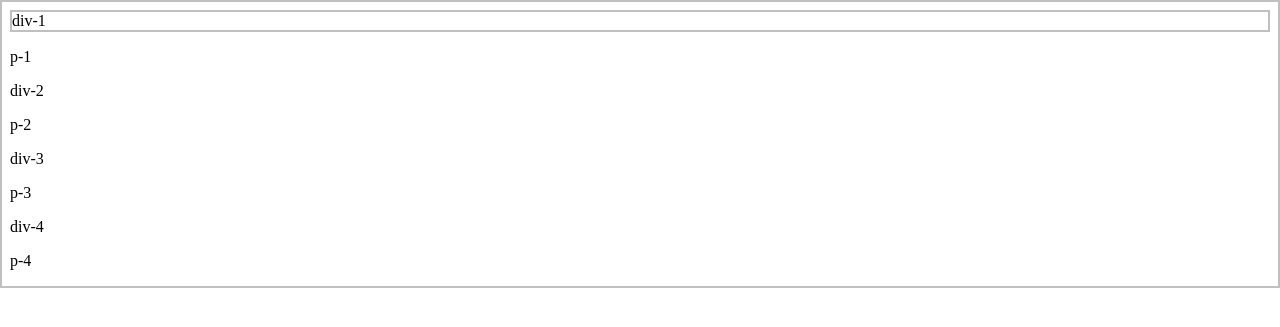
Repository: harin1212/PDA-frontend
Page: day3/selector_test.html
The author's editor kept a copy of each file at every save. The page is drawn from the files as they stood at one save, then again after the next save.
The browser window is 1280 px wide. The pictures show the whole page.

Above is the page before, as saved 2023-07-31 10:47:09.

### day3/selector_test.html
<!DOCTYPE html>
<html lang="en">
<head>
    <meta charset="UTF-8">
    <meta name="viewport" content="width=device-width, initial-scale=1.0">
    <title>Selector Test</title>
    <style>
        :first-child{
            border: 2px solid silver;
        }

    </style>
</head>
<!-- body : 형제 -->
<body>
    <!-- div, p : 자식 -->
    <div>div-1</div>
    <p>p-1</p>
    <div>div-2</div>
    <p>p-2</p>
    <div>div-3</div>
    <p>p-3</p>
    <div>div-4</div>
    <p>p-4</p>
</body>
</html>

After the next save:
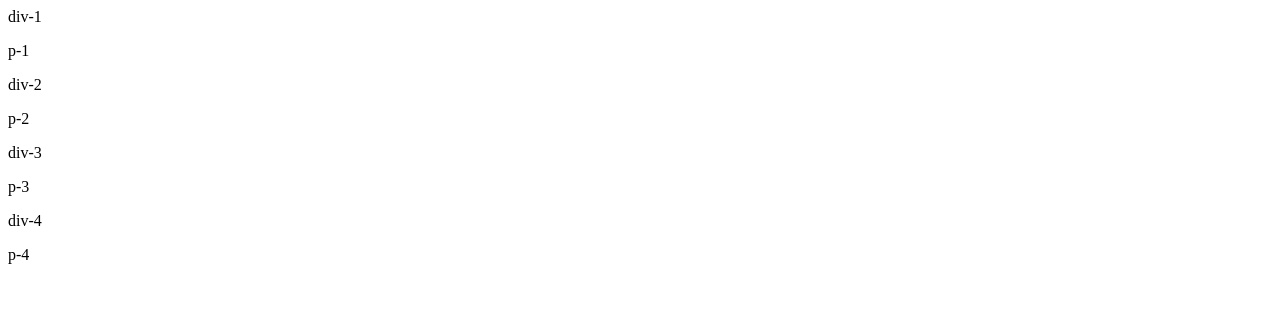
Saved 33 s later.
--- a/day3/selector_test.html
+++ b/day3/selector_test.html
@@ -5,7 +5,7 @@
     <meta name="viewport" content="width=device-width, initial-scale=1.0">
     <title>Selector Test</title>
     <style>
-        :first-child{
+        p:first-child{
             border: 2px solid silver;
         }
 

After the save that followed:
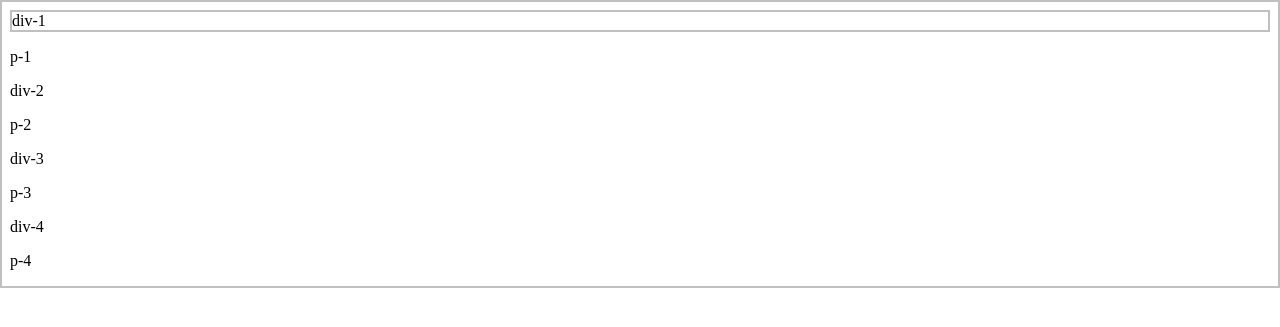
Saved 8 s later.
--- a/day3/selector_test.html
+++ b/day3/selector_test.html
@@ -5,7 +5,7 @@
     <meta name="viewport" content="width=device-width, initial-scale=1.0">
     <title>Selector Test</title>
     <style>
-        p:first-child{
+        :first-child{
             border: 2px solid silver;
         }
 
